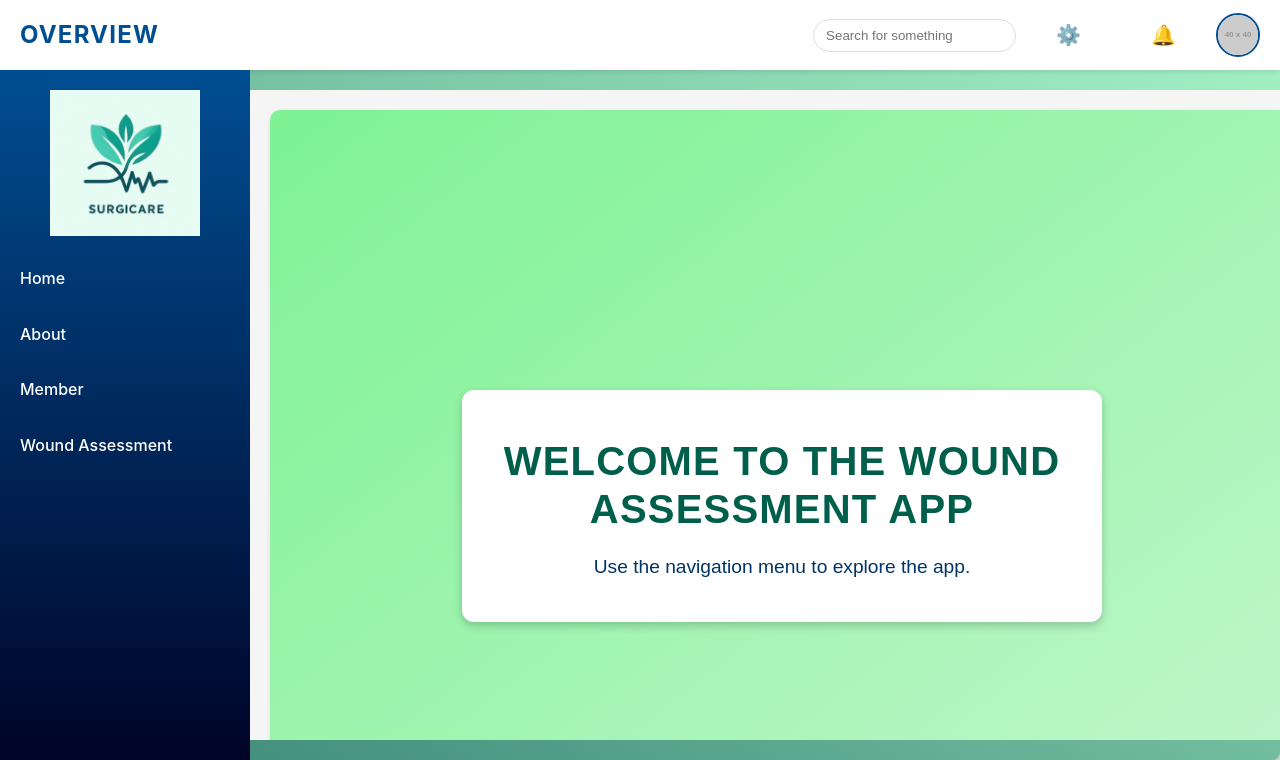
Repository: Jinwoo290350/Surgicare-Vue
Page: / (app in surgicare/)
These files come from the project's save history. The page is drawn as it stood at one moment and after the next save; the edit follows.
The browser window is 1280 px wide. The pictures show the whole page.
The project was rebuilt for these pictures with package versions that can differ from the ones it lists, and the page was loaded fresh each time. Also part of the build but not shown: surgicare/vite.config.js, surgicare/src/views/About.vue, surgicare/src/views/Member.vue, surgicare/src/components/WoundAssessment.vue.

Above is the page before, as saved 2024-12-30 20:45:58.
Console error: TypeError: Cannot read properties of null (reading 'getContext')

### surgicare/index.html
<!doctype html>
<html lang="en">
  <head>
    <meta charset="UTF-8" />
    <link rel="icon" type="image/svg+xml" href="/vite.svg" />
    <meta name="viewport" content="width=device-width, initial-scale=1.0" />
    <title>Vite + Vue</title>
  </head>
  <body>
    <div id="app"></div>
    <script type="module" src="/src/main.js"></script>
  </script>
  <link href="https://fonts.googleapis.com/css2?family=Roboto:wght@400;500;700&display=swap" rel="stylesheet">

  <script type="text/javascript" src="./src/star.js"></script>
  </body>
</html>

### surgicare/src/main.js
import { createApp } from 'vue'
import './style.css'
import App from './App.vue'
import router from "./router";

createApp(App).use(router).mount("#app");

### surgicare/src/style.css
:root {
  font-family: Inter, system-ui, Avenir, Helvetica, Arial, sans-serif;
  line-height: 1.6;
  font-weight: 400;
  color-scheme: light dark;
  color: rgba(255, 255, 255, 0.87);
  background-color: #242424;
  font-synthesis: none;
  text-rendering: optimizeLegibility;
  -webkit-font-smoothing: antialiased;
  -moz-osx-font-smoothing: grayscale;
}

a {
  font-weight: 500;
  text-decoration: none;
  transition: color 0.3s ease-in-out;
}
a:hover {
  color: #4ca6a8; /* ใช้โทนสีเขียวฟ้าแทน */
}

body {
  margin: 0;
  display: flex;
  flex-direction: column;
  align-items: center;
  justify-content: center;
  min-width: 320px;
  min-height: 100vh;
  padding: 20px;
  background-color: #1e3c34;
  background-image: linear-gradient(to top right, #3a8476, #a8f5c8);
  background-repeat: no-repeat;
  border-radius: 8px;
  box-shadow: 0 8px 16px rgba(0, 0, 0, 0.4);
}

h1 {
  font-size: 3em;
  line-height: 1.2;
  color: #fff;
  text-transform: uppercase;
  letter-spacing: 1.2px;
  margin-bottom: 1em;
  transition: transform 0.3s ease-in-out;
}
h1:hover {
  transform: scale(1.1); /* เพิ่มเอฟเฟกต์ Hover */
}

button {
  border-radius: 10px;
  border: 2px solid transparent;
  padding: 0.8em 1.5em;
  font-size: 1em;
  font-weight: 600;
  background-color: #2a3f3b;
  color: #fff;
  cursor: pointer;
  transition: all 0.3s ease-in-out;
}
button:hover {
  border-color: #50c4b7;
  background-color: #344d47;
  transform: translateY(-3px);
}
button:focus,
button:focus-visible {
  outline: 4px solid #50c4b7;
}

.card {
  padding: 2.5em;
  background-color: #2e3d3a;
  border-radius: 12px;
  box-shadow: 0 6px 15px rgba(0, 0, 0, 0.5);
  transition: transform 0.3s ease-in-out, box-shadow 0.3s ease-in-out;
}
.card:hover {
  transform: translateY(-10px);
  box-shadow: 0 12px 20px rgba(0, 0, 0, 0.6);
}

#app {
  height: 100vh;
  width: 100vw;
  margin: 0;
  padding: 0;
  overflow: hidden;
}

/* Media Queries for Responsiveness */
@media (max-width: 768px) {
  body {
    padding: 15px;
  }

  h1 {
    font-size: 2.5em;
  }

  button {
    padding: 0.7em 1.2em;
    font-size: 0.95em;
  }

  .card {
    padding: 2em;
  }

  #app {
    padding: 1.5rem;
  }
}

@media (max-width: 480px) {
  h1 {
    font-size: 2em;
  }

  button {
    padding: 0.5em 1em;
    font-size: 0.9em;
  }

  .card {
    padding: 1.5em;
  }
}

/* Light Mode Styles */
@media (prefers-color-scheme: light) {
  :root {
    color: #1f2d2a;
    background-color: #ffffff;
  }
  a:hover {
    color: #57bdb3; /* โทนเขียวฟ้าสว่าง */
  }
  button {
    background-color: #f5f5f5;
    color: #1f2d2a;
    border-color: #50c4b7;
  }
  .card {
    background-color: #f9f9f9;
    box-shadow: 0 4px 8px rgba(0, 0, 0, 0.1);
  }
}

### surgicare/src/App.vue
<template>
  <div id="app" class="app-container">
    <header class="header">
      <h1>Overview</h1>
      <div class="header-tools">
        <input type="text" placeholder="Search for something" class="search-box" />
        <button class="settings-btn">⚙️</button>
        <button class="notifications-btn">🔔</button>
        <img src="https://via.placeholder.com/40" alt="Profile" class="profile-pic" />
      </div>
    </header>

    <div class="content-wrapper">
      <aside class="sidebar">
        <img src="/Users/frank/Vscode/Vue/surgicare/public/Icon_surgicare.png" alt="Logo" class="logo" />
        <nav class="menu">
          <router-link to="/" class="menu-item">Home</router-link>
          <router-link to="/about" class="menu-item">About</router-link>
          <router-link to="/member" class="menu-item">Member</router-link>
          <router-link to="/wound-assessment" class="menu-item">Wound Assessment</router-link>
        </nav>
      </aside>

      <main class="main-content">
        <router-view class="router-view" />
      </main>
    </div>
  </div>
</template>

<script>
export default {
  name: "DashboardPage",
};
</script>

<style scoped>
/* General Styles */
body {
  margin: 0;
  font-family: 'Poppins', Arial, sans-serif;
  height: 100vh;
  overflow: hidden;
}

.app-container {
  display: flex;
  flex-direction: column;
  height: 100vh;
}

/* Header Styling */
.header {
  position: fixed;
  top: 0;
  left: 0;
  right: 0;
  height: 70px;
  background: white;
  display: flex;
  justify-content: space-between;
  align-items: center;
  padding: 0 20px;
  box-shadow: 0 2px 5px rgba(0, 0, 0, 0.1);
  z-index: 1000;
}

.header h1 {
  font-size: 24px;
  color: #004e92;
  margin: 0;
}

.header-tools {
  display: flex;
  align-items: center;
}

.search-box {
  padding: 8px 12px;
  border: 1px solid #ddd;
  border-radius: 25px;
  margin-right: 10px;
  outline: none;
  transition: box-shadow 0.3s;
}

.search-box:focus {
  box-shadow: 0 0 10px rgba(0, 78, 146, 0.5);
}

.settings-btn,
.notifications-btn {
  background: none;
  border: none;
  font-size: 20px;
  color: #555;
  margin-right: 10px;
  cursor: pointer;
}

.profile-pic {
  width: 40px;
  height: 40px;
  border-radius: 50%;
  border: 2px solid #004e92;
}

/* Content Wrapper */
.content-wrapper {
  display: flex;
  flex: 1;
  margin-top: 70px; /* Offset for the header */
}

/* Sidebar Styling */
.sidebar {
  width: 250px;
  background: linear-gradient(to bottom, #004e92, #000428);
  color: white;
  padding: 20px 0;
  display: flex;
  flex-direction: column;
  align-items: center;
  height: calc(100vh - 70px);
  position: fixed;
  left: 0;
  top: 70px; /* Below the header */
  z-index: 1000;
}

.logo {
  width: 100%;
  max-width: 150px;
  margin-bottom: 20px;
}

.menu {
  width: 100%;
}

.menu-item {
  display: block;
  text-decoration: none;
  color: white;
  font-size: 16px;
  padding: 10px 20px;
  margin-bottom: 10px;
  border-radius: 8px;
  transition: background 0.3s, transform 0.3s;
}

.menu-item:hover {
  background: rgba(255, 255, 255, 0.2);
  transform: scale(1.05);
}

/* Main Content */
.main-content {
  flex: 1;
  margin-left: 250px; /* Offset for the sidebar */
  padding: 20px;
  background: #f5f5f5;
  overflow-y: auto;
}

.router-view {
  border-radius: 10px;
  box-shadow: 0 2px 5px rgba(0, 0, 0, 0.1);
}
</style>

### surgicare/src/router/index.js
import { createRouter, createWebHistory } from "vue-router";

// Importing views and components
import Home from "../views/Home.vue";
import About from "../views/About.vue";
import Member from "../views/Member.vue";
import WoundAssessment from "../components/WoundAssessment.vue";

// Define the route configurations
const routes = [
  {
    path: "/",
    name: "Home",
    component: Home,
    meta: {
      title: "Home -  Surgicare",
    },
  },
  {
    path: "/about",
    name: "About",
    component: About,
    meta: {
      title: "About - Surgicare",
    },
  },
  {
    path: "/member",
    name: "Member",
    component: Member,
    meta: {
      title: "Member - Surgicare",
    },
  },
  {
    path: "/wound-assessment",
    name: "WoundAssessment",
    component: WoundAssessment,
    meta: {
      title: "Wound Assessment - Surgicare",
    },
  },
];

// Create the router instance
const router = createRouter({
  history: createWebHistory(),
  routes,
  scrollBehavior(to, from, savedPosition) {
    // Scroll to top on route change, unless saved position exists
    if (savedPosition) {
      return savedPosition;
    } else {
      return { top: 0 };
    }
  },
});

// Global navigation guard for dynamic document titles
router.beforeEach((to, from, next) => {
  document.title = to.meta.title || "Default App Title";
  next();
});

export default router;

### surgicare/src/views/Home.vue
<template>
  <div class="home">
    <div class="content">
      <h1 class="title">Welcome to the Wound Assessment App</h1>
      <p class="description">Use the navigation menu to explore the app.</p>
    </div>
  </div>
</template>

<script>
export default {
  name: "Home",
};
</script>

<style scoped>
.home {
  display: flex;
  justify-content: center;
  align-items: center;
  height: 110vh; /* ใช้เต็มความสูงของ viewport */
  width: 80vw; /* ลดความกว้างของ container รวมถึงขอบด้านซ้ายและขวา */
  margin: 0 auto; /* Center horizontally */
  padding: 0;
  background: linear-gradient(to bottom right, #7ef294, #c6f7d0); /* Gradient สวยๆ */
  font-family: 'Arial', sans-serif;
  text-align: center;
  box-sizing: border-box;
  overflow: hidden; /* ซ่อน scrollbar */
}

.content {
  max-width: 600px; /* ขนาดสูงสุดของกล่องข้อความ */
  padding: 20px;
  background: #ffffff;
  border-radius: 12px; /* Rounded corners */
  box-shadow: 0 4px 10px rgba(0, 0, 0, 0.2); /* Subtle shadow */
}

.title {
  font-size: 2.5rem;
  font-weight: bold;
  color: #005f4b;
  margin-bottom: 15px;
}

.description {
  font-size: 1.2rem;
  color: #003366;
  font-weight: 300;
}

html, body {
  margin: 0;
  padding: 0;
  height: 100%; /* เต็มหน้าจอ */
  width: 100%; /* เต็มหน้าจอแนวกว้าง */
  overflow: hidden; /* ปิดการเลื่อน */
  box-sizing: border-box;
}
</style>

### surgicare/src/star.js
const canvas = document.querySelector('canvas')
const c = canvas.getContext('2d')

canvas.width = innerWidth
canvas.height = innerHeight

window.addEventListener("resize", function() {
    canvas.width = window.innerWidth;
    canvas.height = window.innerHeight;
    init()
})
function Star(x, y, radius, color) {
    this.x = x
    this.y = y
    this.radius = radius
    this.color = color
    this.velocity = {
        x: (Math.random() - 0.5) * 8,
        y: 3
    }
    this.friction = 0.8
    this.gravity = 1
}

Star.prototype.draw = function() {
    c.save()
    c.beginPath()
    c.arc(this.x, this.y, this.radius, 0, Math.PI * 2, false)
    c.fillStyle = this.color
    c.shadowColor = '#E3EAEF'
    c.shadowBlur = 20
    c.fill()
    c.closePath()
    c.restore()
}

Star.prototype.update = function() {
    this.draw()

    //When ball hits bottom of screen
    if(this.y + this.radius + this.velocity.y > canvas.height - groundHeight){
        this.velocity.y = -this.velocity.y * this.friction
        this.shatter()
    }
    else{
        this.velocity.y += this.gravity
    }

    //Hits side of screen
    if(this.x + this.radius + this.velocity.x > canvas.width || this.x - this.radius <= 0){
        this.velocity.x = -this.velocity.x * this.friction
        this.shatter()
    }

    this.x += this.velocity.x
    this.y += this.velocity.y

}

Star.prototype.shatter = function(){
    this.radius -= 3
    for(let i = 0; i < 8; i++){
        miniStars.push(new MiniStar(this.x, this.y, 2))
    }

}

function MiniStar(x, y, radius, color){
    Star.call(this, x, y, radius, color)
    this.velocity = {
        x: (Math.random() - 0.5) * 10,
        y: (Math.random() - 0.5) * 30
    }
    this.friction = 0.8
    this.gravity = 0.1
    this.ttl = 100
    this.opacity = 1
}

MiniStar.prototype.draw = function() {
    c.save()
    c.beginPath()
    c.arc(this.x, this.y, this.radius, 0, Math.PI * 2, false)
    c.fillStyle = `rgba(227,234, 239, ${this.opacity})`
    c.shadowColor = '#E3EAEF'
    c.shadowBlur = 20
    c.fill()
    c.closePath()
    c.restore()
}

MiniStar.prototype.update = function() {
    this.draw()

    if(this.y + this.radius + this.velocity.y > canvas.height - groundHeight){
        this.velocity.y = -this.velocity.y * this.friction
    }
    else{
        this.velocity.y += this.gravity
    }

    this.x += this.velocity.x
    this.y += this.velocity.y
    this.ttl -= 1
    this.opacity -= 0.0001 * this.ttl
}

function creatMountainRange(mountainAmount, height, color){
    for(let i = 0; i < mountainAmount; i++){
        const mountainWidth = canvas.width / mountainAmount
        c.beginPath()
        c.moveTo(i * mountainWidth, canvas.height)
        c.lineTo(i * mountainWidth + mountainWidth + 0.2*canvas.height, canvas.height)
        c.lineTo(i * mountainWidth + mountainWidth / 2, canvas.height - height)
        c.lineTo(i * mountainWidth - 0.2*canvas.height, canvas.height)
        c.fillStyle = color
        c.fill()
        c.closePath()
    }
}

// Implementation
const backgroundGradient = c.createLinearGradient(0, 0, canvas.width, canvas.height)
backgroundGradient.addColorStop(0, '#171e26')
backgroundGradient.addColorStop(1, '#3f586b')

let stars
let miniStars
let backgroundStars
let ticker = 0
let randomSpawnRate = 75
const groundHeight = 0.09 * canvas.height
let inf = 1e9
function init() {
    stars = []
    miniStars = []
    backgroundStars = []

    for(let i = 0; i < 200; i++){
        const x = Math.random() * canvas.width
        const y = Math.random() * canvas.height
        const radius = Math.random() * 3
        backgroundStars.push(new Star(x, y, radius, 'white'))
    }
}

// Animation Loop
function animate() {
    c.clearRect(0, 0, 0, canvas.height)
    c.fillStyle = backgroundGradient
    c.fillRect(0, 0, canvas.width, canvas.height)

    backgroundStars.forEach(backgroundStar => {
        backgroundStar.draw()
    })

    if(flag) creatMountainRange(1, canvas.height * 0.7, '#384551')
    if(flag) creatMountainRange(2, canvas.height * 0.6, '#2B3843')
    if(flag) creatMountainRange(3, canvas.height * 0.4, '#26333E')
    c.fillStyle = '#182028'
    c.fillRect(0, canvas.height - groundHeight, canvas.width, groundHeight)
    stars.forEach((star, index) => {
        star.update();
        if(star.radius == 0){
            stars.splice(index, 1)
        }
    });

    miniStars.forEach((miniStar, index) => {
        miniStar.update();
        if(miniStar.ttl == 0){
            miniStars.splice(index, 1)
        }
    });

    ticker++
    if(ticker >= inf){
        ticker = 0
    }
    if(ticker % randomSpawnRate == 0){
        const radius = 9
        const x = Math.max(radius, Math.random() * canvas.width - radius)
        stars.push(new Star(x, -100, 9, '#E3EAEF'))
        randomSpawnRate = Math.floor(Math.random() * (200 - 125 + 1) + 125)
    }

    requestAnimationFrame(animate)
}

init()
animate()

After the next save:
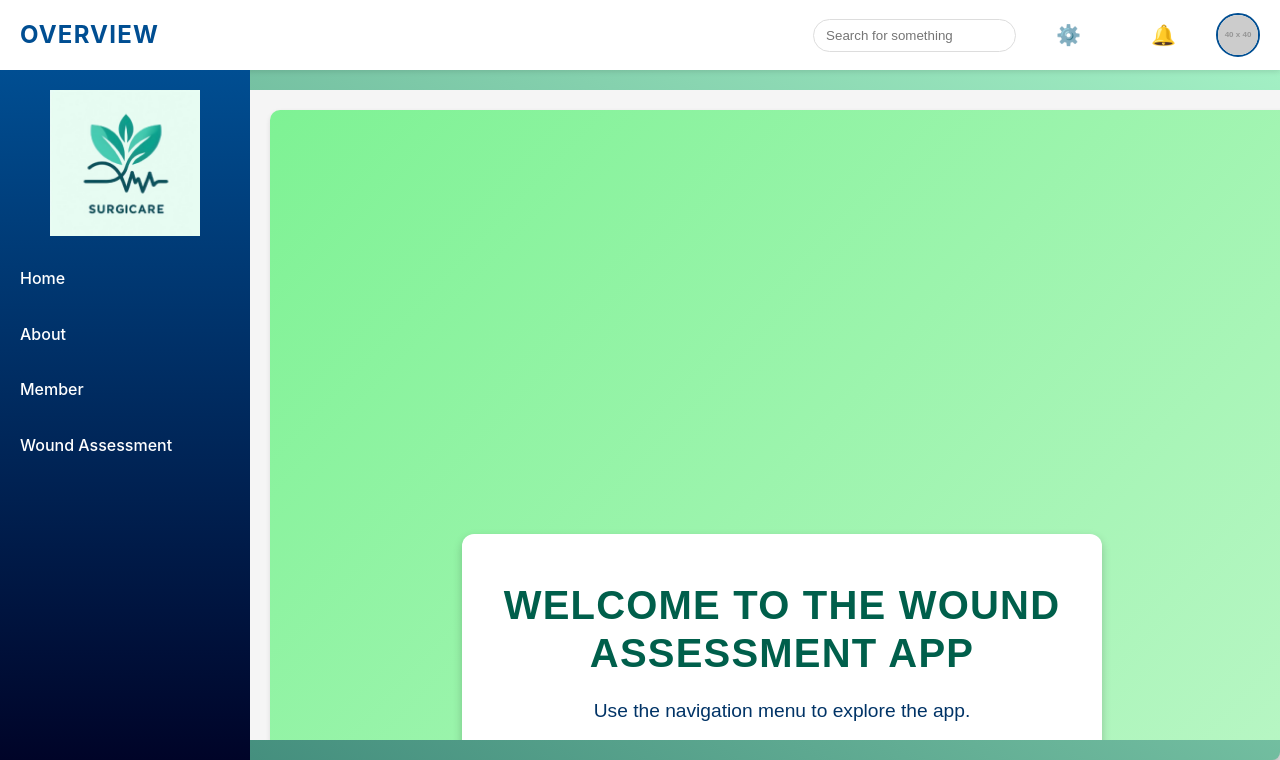
Saved 13 s later.
--- a/surgicare/src/views/Home.vue
+++ b/surgicare/src/views/Home.vue
@@ -18,7 +18,7 @@ export default {
   display: flex;
   justify-content: center;
   align-items: center;
-  height: 110vh; /* ใช้เต็มความสูงของ viewport */
+  height: 150vh; /* ใช้เต็มความสูงของ viewport */
   width: 80vw; /* ลดความกว้างของ container รวมถึงขอบด้านซ้ายและขวา */
   margin: 0 auto; /* Center horizontally */
   padding: 0;
